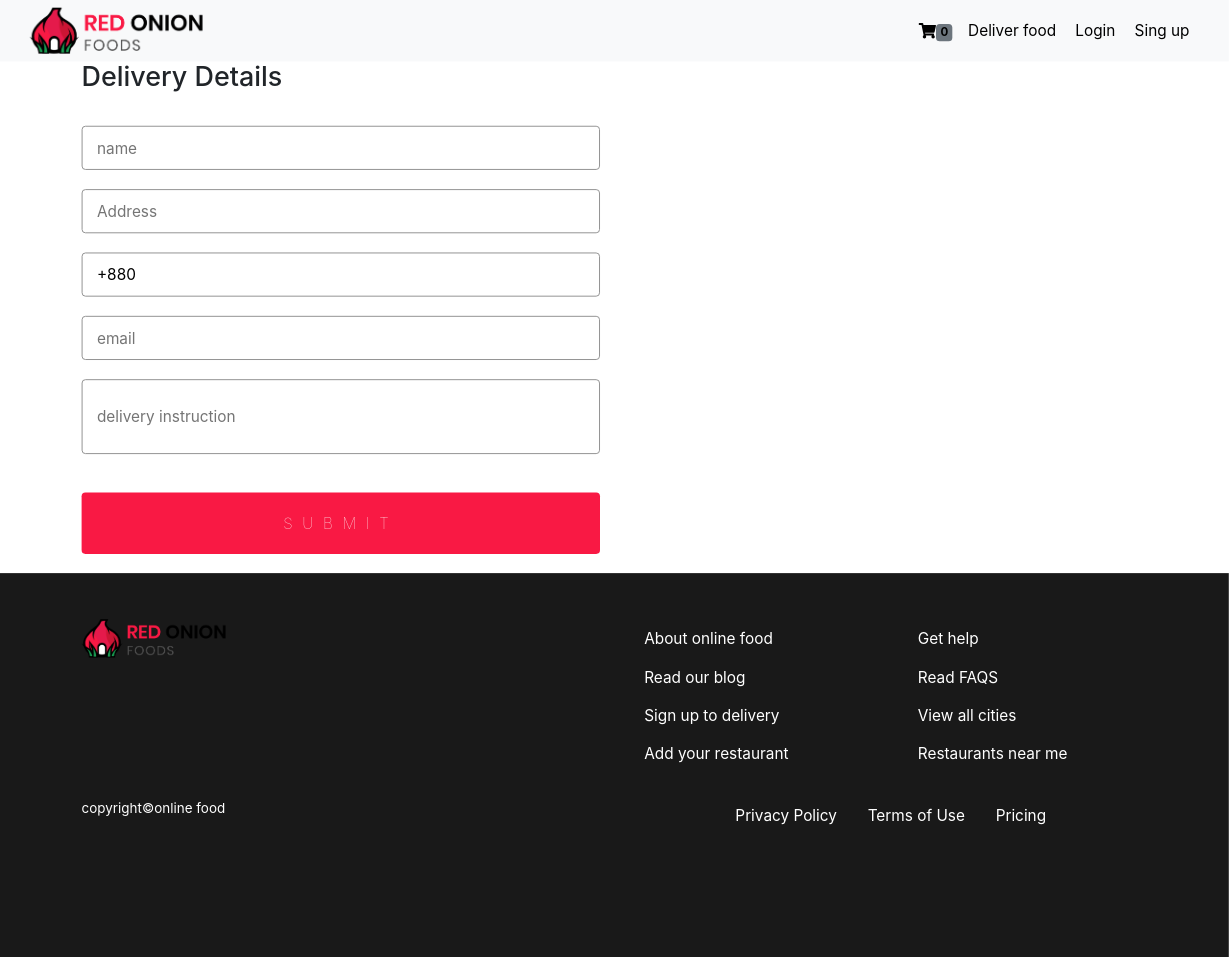
Repository: arif286/red-onion-client
Page: /cart
An editor plug-in stored every save of this project. The page is shown before and after the next save, followed by the edit.
The browser window is 1280 px wide. The pictures show the whole page, at 96% of full size.
The project was rebuilt for these pictures with package versions that can differ from the ones it lists, and the page was loaded fresh each time. Some packages were replaced by stand-ins written for this rebuild. Also part of the build but not shown: src/App.css, src/components/SearchBar/SearchBar.css, src/components/SearchBar/SearchBar.js, src/components/FoodDetails/FoodDetail.css, src/components/FoodDetails/FoodDetail.js, src/components/DeliveryFood/DeliveryFood.js, src/components/Food/Food.css, src/components/Food/FoodItem.js and 9 more.

Above is the page before, as saved 2021-03-30 16:32:06.

### src/App.js
import "bootstrap/dist/css/bootstrap.min.css";
import React, { createContext, useState } from "react";
import { BrowserRouter as Router, Route, Switch } from "react-router-dom";
import './App.css';
import Cart from "./components/Cart/Cart";
import FoodDetail from "./components/FoodDetails/FoodDetail";
import Footer from "./components/Footer/Footer";
import Header from "./components/Header/Header";
import Home from './components/Home/Home';
import Login from "./components/LogIn/Login";
import SingUp from "./components/SingUp/SingUp";


export const UserContext = createContext();
function App() {
  const [loggedInUser, setLoggedInUser] = useState({});
  return (
    <UserContext.Provider value={[loggedInUser, setLoggedInUser]}>
      <Router>
        <Header />
        <Switch>
          <Route path="/home">
            <Home />
          </Route>
          <Route path="/signUp">
            <SingUp />
          </Route>
          <Route path="/login">
            <Login />
          </Route>
          <Route path="/food/details/:foodId">
            <FoodDetail />
          </Route>
          <Route path='/cart'>
            <Cart/>
          </Route>
          <Route exact path="/">
            <Home/>
          </Route>
        </Switch>
        <Footer />
      </Router>
    </UserContext.Provider>
  );

}

export default App;

### src/components/Cart/Cart.js
import React, { useContext } from 'react';
import { useForm } from 'react-hook-form';
import { UserContext } from '../../App';
import './Cart.css';
const Cart = () => {
    const [loggedInUser, setLoggedInUser] = useContext(UserContext);
    const { count, foodItem } = loggedInUser;

    const { register, handleSubmit, errors } = useForm();

    const onSubmit = (data) => {
        console.log(data)
    }
    return (
      <div className="container">
        <div className="row justify-content-between">
          <div className="col-md-6 col-sm-12">
            <h3>Delivery Details</h3>
            <form className='delivery-form' onSubmit={handleSubmit(onSubmit)}>
              <input
                type="text"
                name="name"
                placeholder="name"
                ref={register({
                  validate: (value) => (value.length !== ''),
                  required: true,
                })}
              />
              {errors.name && <p>please write your name</p>}

              <input
                type="text"
                name="address"
                placeholder="Address"
                ref={register({
                  validate: (value) => (value.length !== ''),
                  required: true,
                })}
              />
              {errors.address && <p>please write correct address</p>}
              <input
                type="phone"
                name="phone"
                placeholder="phone"
                defaultValue="+880"
                ref={register({
                  validate: (value) => value.length !== 14,
                  required: true,
                })}
              />
              {errors.phone && <p>please type a correct number</p>}
                <input
                 name = 'email'
                 type = "email"
                 placeholder = "email"
                 ref={register({
                  pattern: /^(([^<>()[\]\\.,;:\s@"]+(\.[^<>()[\]\\.,;:\s@"]+)*)|(".+"))@((\[[0-9]{1,3}\.[0-9]{1,3}\.[0-9]{1,3}\.[0-9]{1,3}\])|(([a-zA-Z\-0-9]+\.)+[a-zA-Z]{2,}))$/,
                  required: true,
                })}
              />
              {
                  errors.email && <p>Invalid Email</p>
              }
              <input type='text' name='instruction'
                placeholder='delivery instruction'
                required={ true}/>
              <input type="submit" value="submit" />
            </form>
          </div>
          <div className="col-md-4 col-sm-12"></div>
        </div>
      </div>
    );
};

export default Cart;

### src/components/Footer/Footer.js
import React from 'react';
import { NavLink } from 'react-bootstrap';
import Logo from '../../onion-restaurent/logo2.png';
import './Footer.css';

const Footer = () => {
    return (
      <footer>
        <div className="container">
          <div className="row pt-5">
            <div className="col-md-6 col-sm-12 pb-4">
              <img className="footer-img" src={Logo} alt="" />
            </div>
            <div className="col-md-3 col-sm-12 pb-4">
              <ul className="nav flex-column">
                <li className="nav-item">
                  <NavLink
                    className="nav-link active footer-link"
                    aria-current="page"
                    to="/"
                  >
                    About online food
                  </NavLink>
                </li>
                <li className="nav-item">
                  <NavLink className="nav-link footer-link" to="/">
                    Read our blog
                  </NavLink>
                </li>
                <li className="nav-item">
                  <NavLink className="nav-link footer-link" to="/">
                    Sign up to delivery
                  </NavLink>
                </li>
                <li className="nav-item">
                  <NavLink className="nav-link footer-link" to="/">
                    Add your restaurant
                  </NavLink>
                </li>
              </ul>
            </div>
            <div className="col-md-3 col-sm-12 pb-4">
              <ul className="nav flex-column">
                <li className="nav-item">
                  <NavLink
                    className="nav-link footer-link"
                    aria-current="page"
                    to="/"
                  >
                    Get help
                  </NavLink>
                </li>
                <li className="nav-item">
                  <NavLink className="nav-link footer-link" to="/">
                    Read FAQS
                  </NavLink>
                </li>
                <li className="nav-item">
                  <NavLink className="nav-link footer-link" to="/">
                    View all cities
                  </NavLink>
                </li>
                <li className="nav-item">
                  <NavLink className="nav-link footer-link" to="/">
                    Restaurants near me
                  </NavLink>
                </li>
              </ul>
            </div>
          </div>

          <div className="row">
            <div className="col-md-7">
              <p className='copy-right'>
                <small>
                  copyright<span>&#169;</span>online food
                </small>
              </p>
            </div>
            <div className="col-md-5">
              <div className='d-flex'>
                <NavLink className="footer-link">Privacy Policy</NavLink>
                <NavLink className="footer-link">Terms of Use</NavLink>
                <NavLink className="footer-link">Pricing</NavLink>
              </div>
            </div>
          </div>
        </div>
      </footer>
    );
};

export default Footer;

### src/components/Header/Header.js
import { faShoppingCart } from "@fortawesome/free-solid-svg-icons";
import { FontAwesomeIcon } from "@fortawesome/react-fontawesome";
import React from 'react';
import { NavLink } from "react-router-dom";
import logo from '../../onion-restaurent/logo2.png';
import './Header.css';
const cart = <FontAwesomeIcon icon={faShoppingCart} />;
const Header = () => {
    const header = {
        logo : {width: '180px'}
    }
    return (
      <div>
        <nav className="navbar navbar-expand-lg navbar-light bg-light">
          <div className="container-fluid">
            <div>
              <img style={header.logo} src={logo} alt="" />
            </div>
            <button
              className="navbar-toggler"
              type="button"
              data-bs-toggle="collapse"
              data-bs-target="#navbarNav"
              aria-controls="navbarNav"
              aria-expanded="false"
              aria-label="Toggle navigation"
            >
              <span className="navbar-toggler-icon"></span>
            </button>
            <div
              className="collapse  navbar-collapse justify-content-end"
              id="navbarNav"
            >
              <ul className="navbar-nav align-items-center">
                <li className="nav-item">
                  <button className=" cart-btn" to="/">
                    {cart}
                    <small className="badge bg-secondary">0</small>
                  </button>
                </li>
                <li className="nav-item">
                  <NavLink className="header-link" to="/cart">
                    Deliver food
                  </NavLink>
                </li>
                <li className="nav-item">
                  <NavLink className="header-link" to="/login">
                    Login
                  </NavLink>
                </li>
                <li className="nav-item">
                  <NavLink className="header-link" to="/signUp">
                    Sing up
                  </NavLink>
                </li>
              </ul>
            </div>
          </div>
        </nav>
      </div>
    );
};

export default Header;

### src/components/Cart/Cart.css
.delivery-form input {
  width: 100%;
  padding: 10px 15px;
  box-sizing: border-box;
  margin-bottom: 20px;
  border: 1px solid #909090;
  outline: none;
  border-radius: 4px;
}
.delivery-form input:first-child {
  margin-top: 25px;
}
.delivery-form input:nth-child(5) {
  line-height: 3.5;
}
.delivery-form p {
  color: #bf1650;
  margin-bottom: 20px;
}

.delivery-form p::before {
  display: inline;
  content: "⚠ ";
}

button[type="submit"],
.delivery-form input[type="submit"] {
  background: #f91944;
  color: white;
  text-transform: uppercase;
  border: none;
  margin-top: 20px;
  padding: 20px;
  font-size: 16px;
  font-weight: 100;
  letter-spacing: 10px;
}

button[type="submit"]:hover,
.delivery-form input[type="submit"]:hover {
  background: #d83153;
}

### src/components/Footer/Footer.css
.footer-img {
  width: 150px;
}
footer {
  background-color: #191919;
  height: 400px;
}
.footer-link {
  color: white;
}
.footer-link:hover {
  color: #878787;
}
.copy-right {
  color: white;
}

### src/components/Header/Header.css
.header-link {
  color: black;
  display: inline-block;
  padding: 10px;
}
.header-link:hover {
  text-decoration: none;
  color: #777777;
}
.cart-btn {
  border: none;
  background: none;
}

Loaded but not shown: public/index.html (common file); src/index.js (common file); src/index.css (common file); src/reportWebVitals.js (common file)

After the next save:
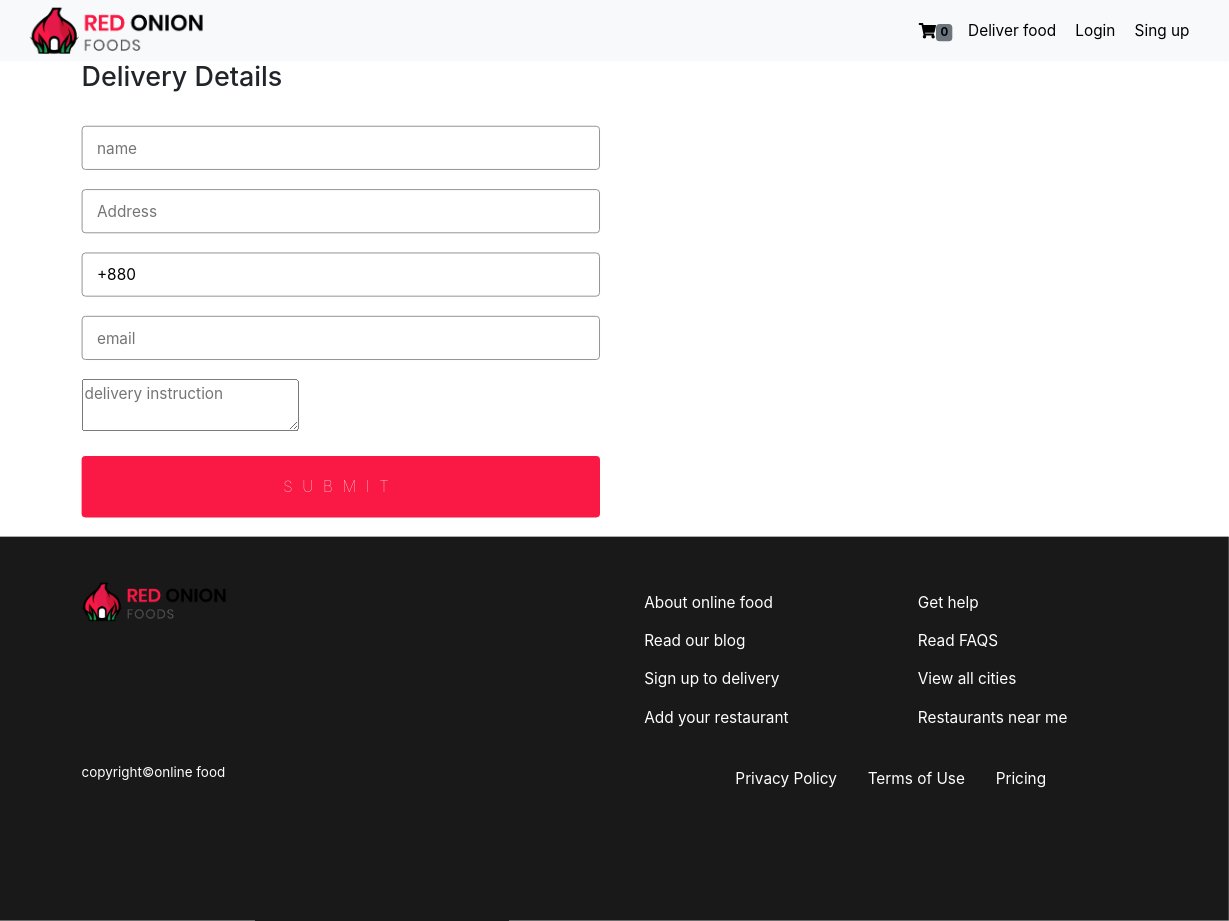
Saved 2 min 54 s later.
--- a/src/components/Cart/Cart.js
+++ b/src/components/Cart/Cart.js
@@ -16,13 +16,13 @@ const Cart = () => {
         <div className="row justify-content-between">
           <div className="col-md-6 col-sm-12">
             <h3>Delivery Details</h3>
-            <form className='delivery-form' onSubmit={handleSubmit(onSubmit)}>
+            <form className="delivery-form" onSubmit={handleSubmit(onSubmit)}>
               <input
                 type="text"
                 name="name"
                 placeholder="name"
                 ref={register({
-                  validate: (value) => (value.length !== ''),
+                  validate: (value) => value.length !== "",
                   required: true,
                 })}
               />
@@ -33,7 +33,7 @@ const Cart = () => {
                 name="address"
                 placeholder="Address"
                 ref={register({
-                  validate: (value) => (value.length !== ''),
+                  validate: (value) => value.length !== "",
                   required: true,
                 })}
               />
@@ -49,21 +49,22 @@ const Cart = () => {
                 })}
               />
               {errors.phone && <p>please type a correct number</p>}
-                <input
-                 name = 'email'
-                 type = "email"
-                 placeholder = "email"
-                 ref={register({
+              <input
+                name="email"
+                type="email"
+                placeholder="email"
+                ref={register({
                   pattern: /^(([^<>()[\]\\.,;:\s@"]+(\.[^<>()[\]\\.,;:\s@"]+)*)|(".+"))@((\[[0-9]{1,3}\.[0-9]{1,3}\.[0-9]{1,3}\.[0-9]{1,3}\])|(([a-zA-Z\-0-9]+\.)+[a-zA-Z]{2,}))$/,
                   required: true,
                 })}
               />
-              {
-                  errors.email && <p>Invalid Email</p>
-              }
-              <input type='text' name='instruction'
-                placeholder='delivery instruction'
-                required={ true}/>
+              {errors.email && <p>Invalid Email</p>}
+              <textarea
+                type="text"
+                name="instruction"
+                placeholder="delivery instruction"
+                required={true}
+              />
               <input type="submit" value="submit" />
             </form>
           </div>
